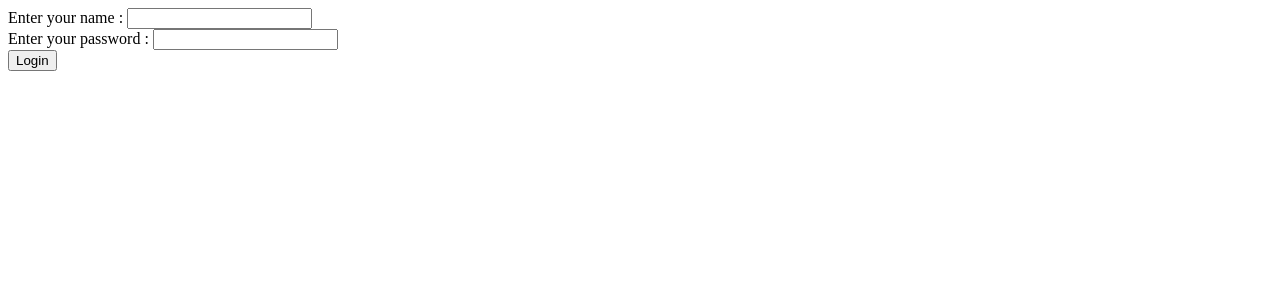
Repository: zeeshan495/AdvanceJava
Page: MyFirstServlet/WebContent/index.html
The author's editor kept a copy of each file at every save. The page is drawn from the files as they stood at one save, then again after the next save.
The browser window is 1280 px wide. The pictures show the whole page.

Above is the page before, as saved 2018-06-28 07:17:51.

### MyFirstServlet/WebContent/index.html
<!DOCTYPE html>
<html>
<head>
<meta charset="UTF-8">
<title>Insert title here</title>
</head>
<body>

	<form action="servlet1" method="post">
	Enter your name : <input type="text" name="name"><br>
	Enter your password : <input type="password" name="pwd"><br>
		<input type="submit" value="Login">
	</form>
</body>
</html>

After the next save:
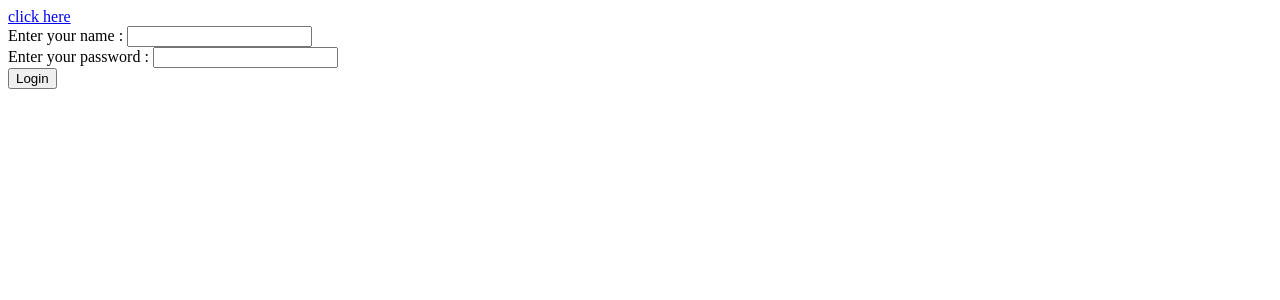
Saved 20 s later.
--- a/MyFirstServlet/WebContent/index.html
+++ b/MyFirstServlet/WebContent/index.html
@@ -5,7 +5,7 @@
 <title>Insert title here</title>
 </head>
 <body>
-
+<a href="servlet3">click here</a>
 	<form action="servlet1" method="post">
 	Enter your name : <input type="text" name="name"><br>
 	Enter your password : <input type="password" name="pwd"><br>
